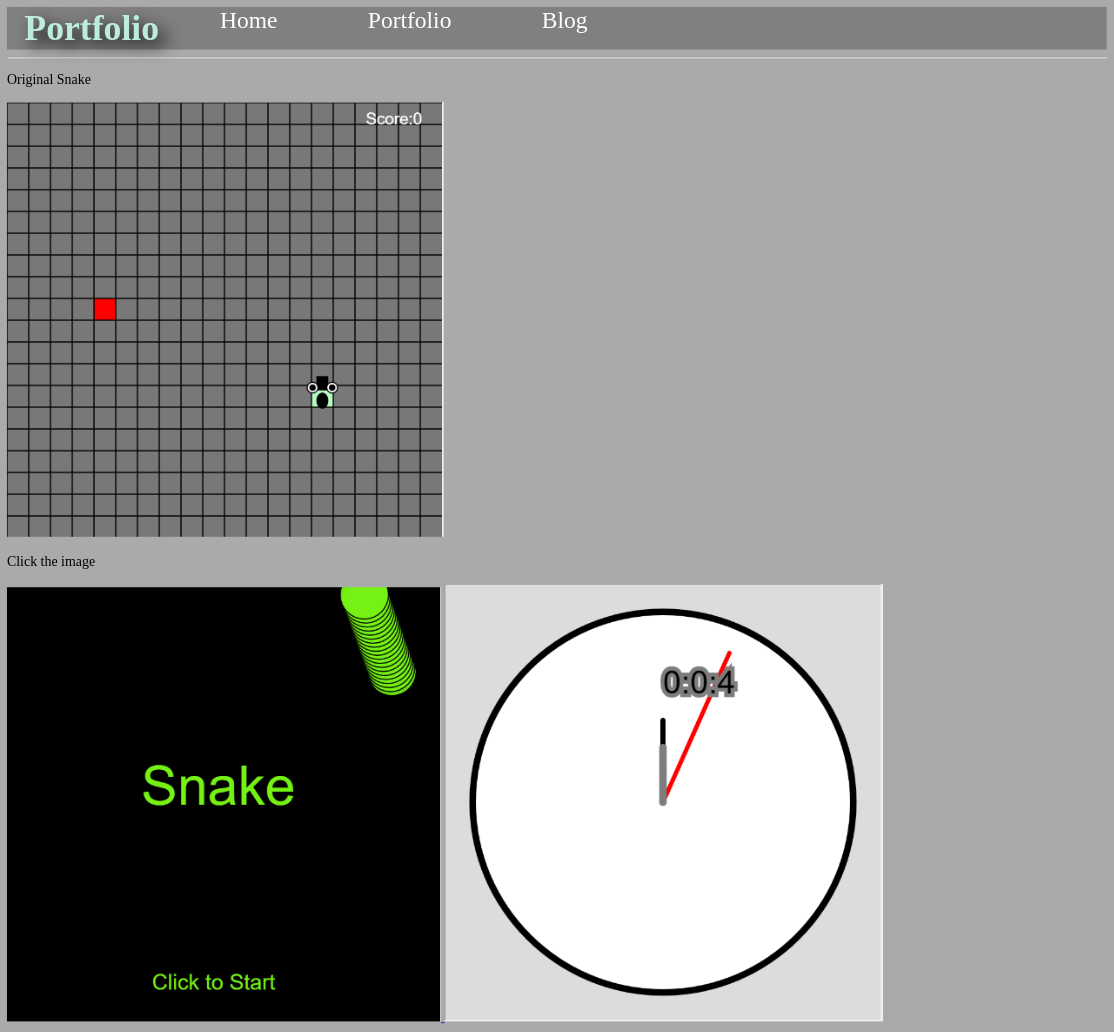
Repository: TundraGrassland/-TundraGrassland.github.io
Page: portfolio.html
The author's editor kept a record of every edit. The page is drawn from the files as they stood at one moment, then again after the next edit.
The browser window is 1280 px wide. The pictures show the whole page, at 87% of full size.

Above is the page before.

### portfolio.html
<!DOCTYPE html>
<html>
    <head>
        <title>Portfolio</title>
        <link rel='stylesheet' href='style.css'>
    </head>
    <body>
        <header>
            <h1>Portfolio</h1>
            <ul>
                <li><a class="interactive" href="index.html">Home</a></li>
                <li><a class="interactive" href="portfolio.html">Portfolio</a></li>
                <li><a class="interactive" href="blog.html">Blog</a></li>
            </ul>
            <br>
        </header>

        <hr>
        <p>Original Snake</p>
        <a href = "ogSnake.html">
            <img src = "./img/ogSnake.png">
        </a>
        <br>
        <p>Click the image</p>
        <a href = "partySnake.html">
            <img src = "./img/partySnake.png">
        </a>
        <a href = "stopwatch.html">
            <img src = "./img/stopwatch.png">
        </a>

</html>

### style.css
header a{
    text-decoration:none;
    color:white;
    font-size:27px;
}
header ul{
    margin:0;
    padding:0;
}
header li{
    float:none;
    display:inline;
    padding:30px 50px 100px 50px;
}
header .interactive:hover{
    color:lightblue;
    font-family:Times;
    filter: drop-shadow(8px 8px 10px black);
}
header h1{
    margin:0;

    float:left;

    padding:0 20px 5px 20px;
    font-size:41px;
    filter: drop-shadow(8px 8px 10px black);
    color:#bcecda;
}
header{
    background-color:grey;
}
body{
    background-color:#aaaaaa;
}
.content{

    color:#ff8f00;
}
.current{
    color:#222222;
}

iframe{
  display: block;
  margin-left: auto;
  margin-right: auto;
}

After the next edit:
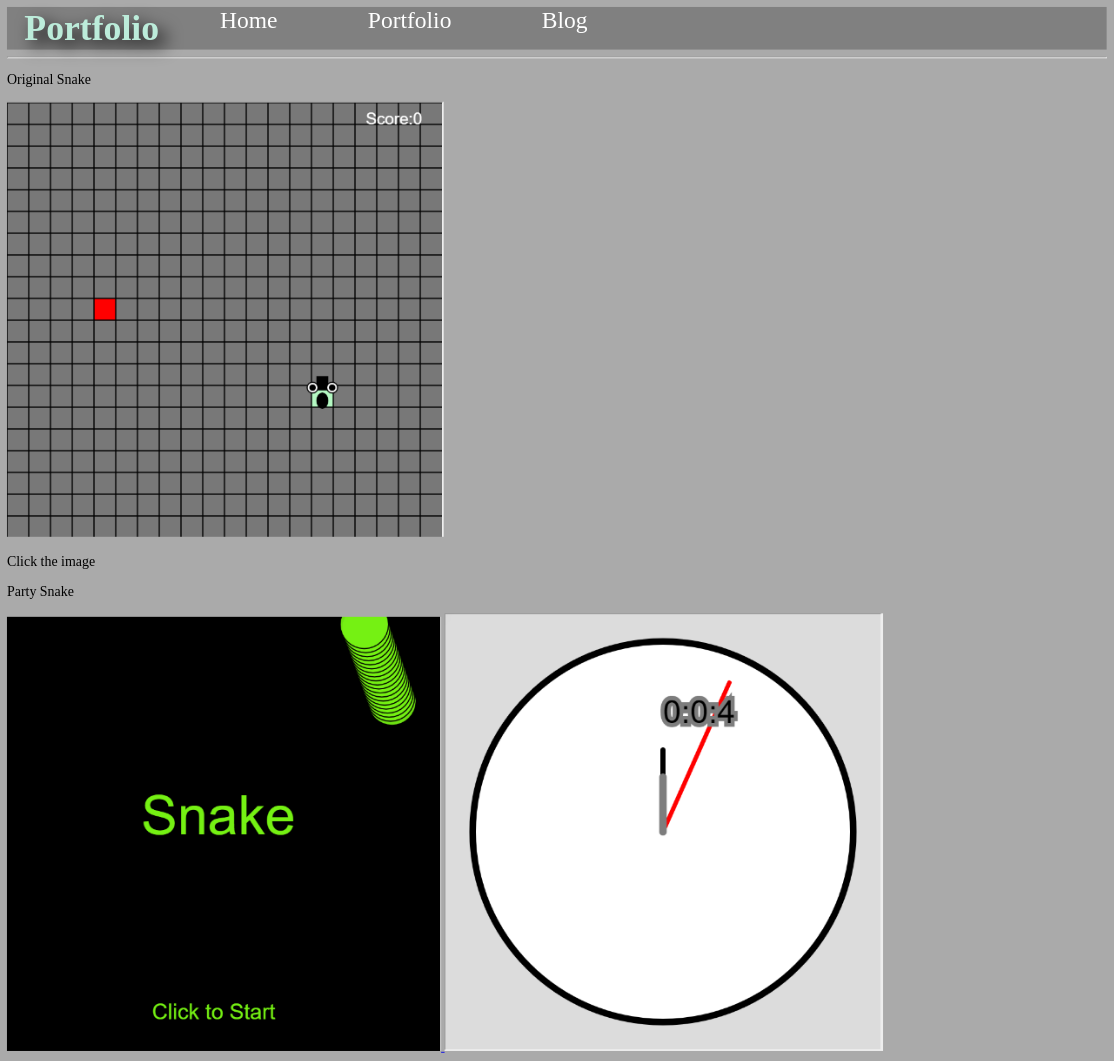
The edit:
--- a/portfolio.html
+++ b/portfolio.html
@@ -22,6 +22,7 @@
         </a>
         <br>
         <p>Click the image</p>
+        <p>Party Snake</p>
         <a href = "partySnake.html">
             <img src = "./img/partySnake.png">
         </a>
